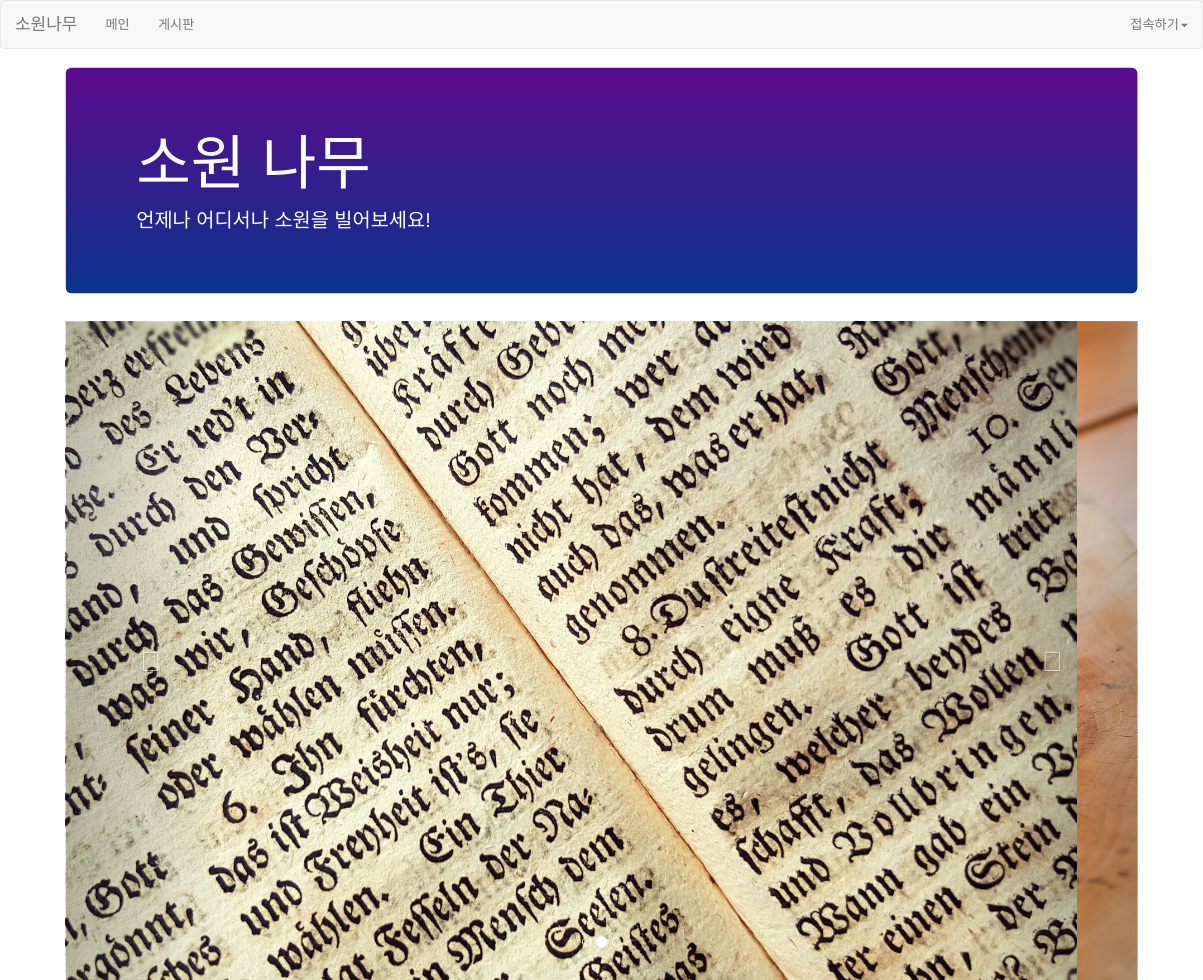
Repository: jongah/WishTree
Page: http://localhost/text/main.jsp
An editor plug-in stored every save of this project. The page is shown before and after a run of saves, followed by the edit.
The browser window is 1280 px wide. The pictures show the whole page, at 94% of full size.
Some web fonts or font styles are not loaded; a fallback is used. Some web libraries are served in a nearby version. The page is served by Tomcat 9. Other server files are loaded and not shown.

Above is the page before, as saved 2021-05-05 14:49:05.

### text/WebContent/main.jsp
<%@ page language="java" contentType="text/html; charset=UTF-8"
	pageEncoding="UTF-8"%>
<!DOCTYPE html>
<html>
<head>
<meta charset="UTF-8">
<meta name="viewport" content="width=device-width" initial-scale="1" />
<link rel="stylesheet" href="css/bootstrap.css">
<link rel="stylesheet" href="css/custom.css">
<title>소원나무</title>
</head>
<body>
	<%
		String userID = null;
		// 로그인이 되어있으면 세션에 값이 있을 것이다.
		if (session.getAttribute("userID") != null) {
			userID = (String) session.getAttribute("userID");
		}
	%>
	<nav class="navbar navbar-default">
		<div class="navbar-header">
			<button type="button" class="navbar-toggle collapsed"
				data-toggle="collapse" data-target="#bs-example-navbar-collapse-1"
				aria-expanded="false">
				<span class="icon-bar"></span> <span class="icon-bar"></span> <span
					class="icon-bar"></span>
			</button>
			<a href="main.jsp" class="navbar-brand">소원나무</a>
		</div>
		<div class="collapse navbar-collapse"
			id="bs-example-navbar-collapse-1">
			<ul class="nav navbar-nav">
				<li><a href="main.jsp">메인</a></li>
				<li><a href="bbs.jsp">게시판</a></li>
			</ul>
			<%
				if (userID == null) {
			%>
			<ul class="nav navbar-nav navbar-right">
				<li class="dropdown"><a href="#" class="dropdown-toggle"
					data-toggle="dropdown" role="button" aria-haspopup="true"
					aria-expanded="false">접속하기<span class="caret"></span></a>
					<ul class="dropdown-menu">
						<li><a href="login.jsp">로그인</a></li>
						<li><a href="join.jsp">회원가입</a></li>
					</ul></li>
			</ul>
			<%
				} else {
			%>
			<ul class="nav navbar-nav navbar-right">
				<li class="dropdown"><a href="#" class="dropdown-toggle"
					data-toggle="dropdown" role="button" aria-haspopup="true"
					aria-expanded="false">회원관리<span class="caret"></span></a>
					<ul class="dropdown-menu">
						<li><a href="logoutAction.jsp">로그아웃</a></li>
					</ul></li>
			</ul>
			<%
				}
			%>
		</div>
	</nav>

	<div class="container">
		<div class="jumbotron">
			<div class="container">
				<h1>소원 나무</h1>
				<p>언제나 어디서나 소원을 빌어보세요!</p>
			</div>
		</div>
	</div>

	<div class="container">
		<div id="myCarousel" class="carousel slide" data-ride="carousel">
			<ol class="carousel-indicators">
				<li data-target="#myCarousel" data-slide-to="0" class="active"></li>
				<li data-target="#myCarousel" data-slide-to="1"></li>
				<li data-target="#myCarousel" data-slide-to="2"></li>
			</ol>
			<div class="carousel-inner">
				<div class="item active">
					<img src="images/book.jpg">
				</div>
				<div class="item">
					<img src="images/coffee.jpg">
				</div>
				<div class="item">
					<img src="images/letters.jpg">
				</div>
			</div>
			<a href="#myCarousel" class="left carousel-control" data-slide="prev">
				<span class="glyphicon-chevron-left"></span>
			</a>
			<a href="#myCarousel" class="right carousel-control" data-slide="next">
				<span class="glyphicon-chevron-right"></span>
			</a>
		</div>
	</div>


	<script src="https://code.jquery.com/jquery-3.1.1.min.js"></script>
	<script src="js/bootstrap.js"></script>
</body>
</html>

### text/WebContent/css/custom.css
@import url('https://fonts.googleapis.com/css2?family=Nanum+Gothic&display=swap');
@import url(//fonts.googleapis.com/earlyaccess/hanna.css);

*{
	font-family : 'Nanum Gothic', sans-serif;
}
h1{
	font-family : 'Hanna', sans-serif;
}
.jumbotron{
	color:white;
	background: linear-gradient(0deg, #0a338c, #5c0a8c);
}

Loaded but not shown: text/WebContent/css/bootstrap.css (library); text/WebContent/js/bootstrap.js (library)

After the next 2 saves:
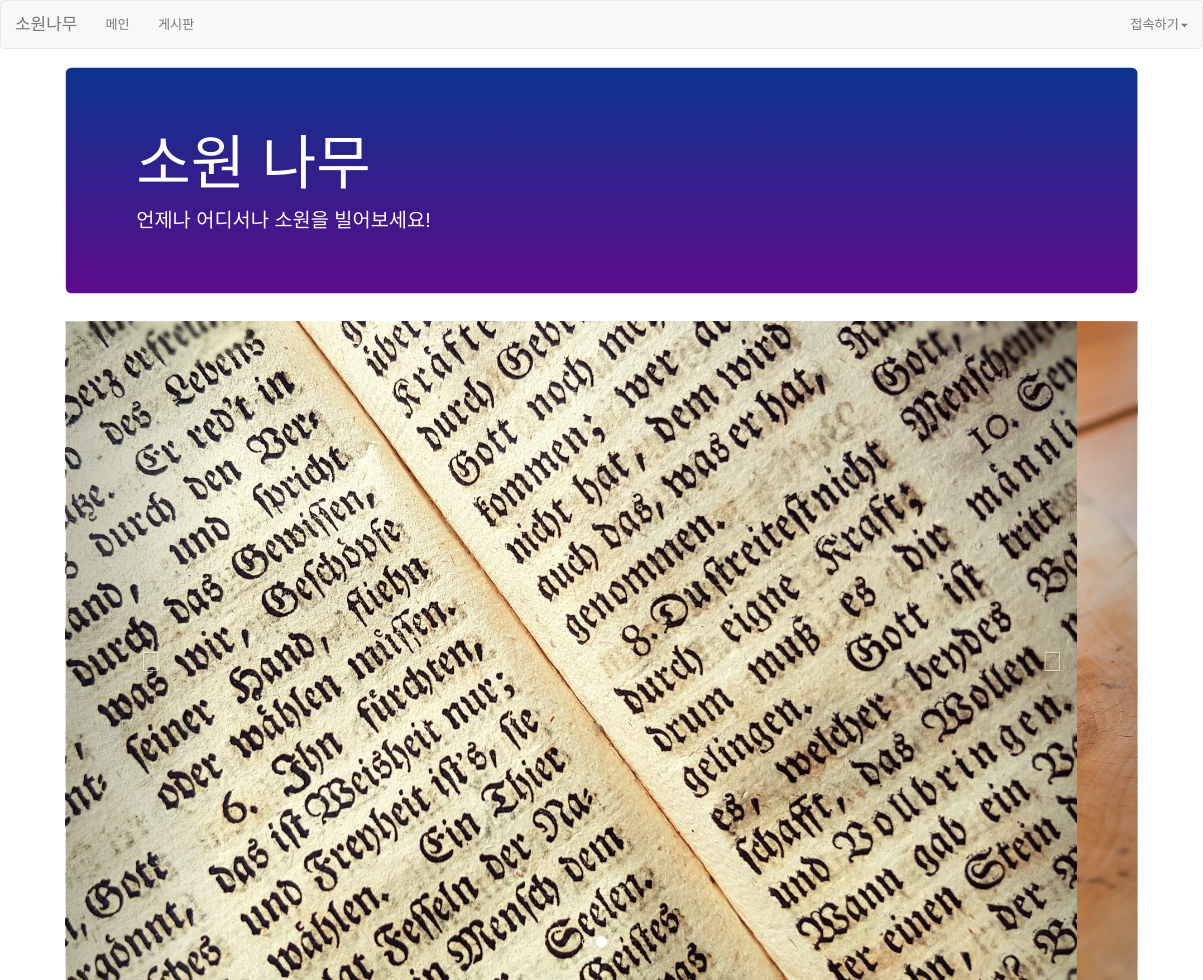
The 2 saves are shown as one change because they came seconds apart.
The last was saved 11 s later.
--- a/text/WebContent/css/custom.css
+++ b/text/WebContent/css/custom.css
@@ -9,5 +9,5 @@
 }
 .jumbotron{
 	color:white;
-	background: linear-gradient(0deg, #0a338c, #5c0a8c);
+	background: linear-gradient(180deg, #0a338c, #5c0a8c);
 }
